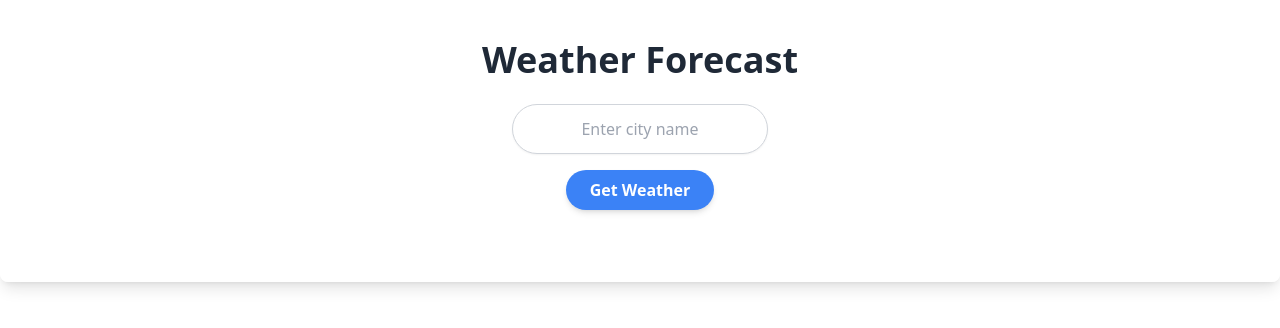
Repository: MKosainHaider/weather-app-react
Page: / (app in weather-app/)
These files come from the project's save history. The page is drawn as it stood at one moment and after a run of saves; the edit follows.
The browser window is 1280 px wide. The pictures show the whole page.
The project was rebuilt for these pictures with package versions that can differ from the ones it lists, and the page was loaded fresh each time. Also part of the build but not shown: weather-app/vite.config.js, weather-app/src/components/WeatherCard.jsx, weather-app/src/components/WeatherList.jsx.

Above is the page before, as saved 2024-08-19 14:55:53.

After the next 2 saves:
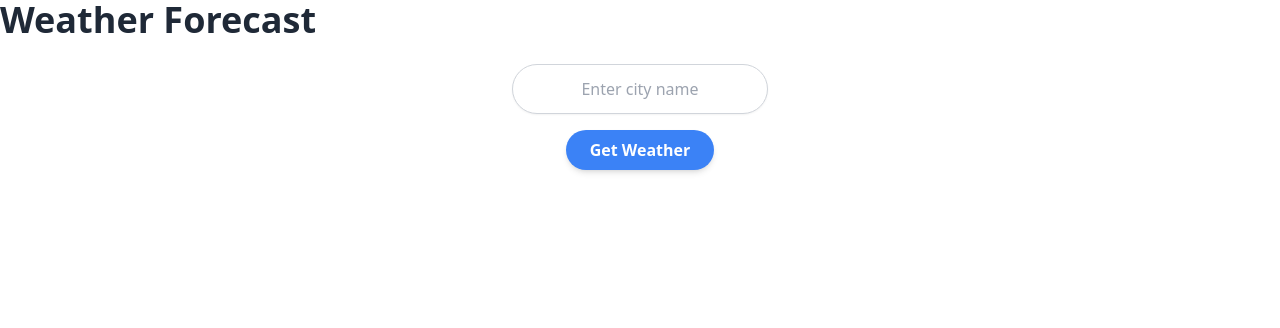
The 2 saves are shown as one change because they came seconds apart.
The last was saved 6 s later.
--- a/weather-app/src/App.jsx
+++ b/weather-app/src/App.jsx
@@ -7,7 +7,7 @@ function App() {
 
   return (
     <div classList="flex flex-col items-center justify-center min-h-screen bg-gradient-to-r from-blue-500 to-purple-600">
-      <div className="p-10 text-center bg-white rounded-lg shadow-lg bg-opacity-90">
+      <div classList="p-10 text-center bg-white rounded-lg shadow-lg bg-opacity-90">
         <h1 className="mb-6 text-4xl font-bold text-gray-800">
           Weather Forecast
         </h1>
